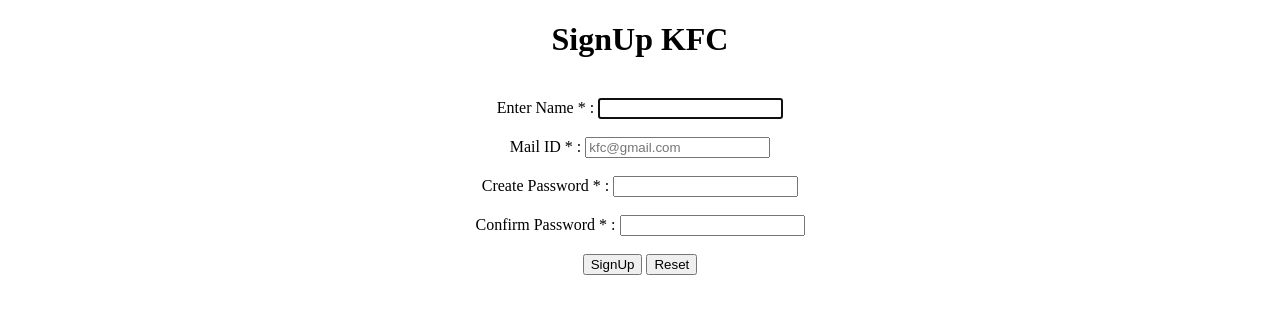
Repository: selvakumar46/Project-Maven
Page: http://localhost/ProjectKFC/Register.jsp
The author's editor kept a copy of each file at every save. The page is drawn from the files as they stood at one save, then again after the next save.
The browser window is 1280 px wide. The pictures show the whole page.
The page is served by Tomcat 9. Other server files are loaded and not shown.

Above is the page before, as saved 2021-12-30 13:27:37.

### ProjectKFC/src/main/webapp/Register.jsp
<%@ page language="java" contentType="text/html; charset=ISO-8859-1"
	pageEncoding="ISO-8859-1"%>
<!DOCTYPE html>
<html>
<head>
<meta charset="ISO-8859-1">
<title>kfc registration</title>
</head>
<body>
	<center>
		<div>
			<h1>SignUp KFC</h1>
		</div>
		<br>
		<form action="Login">
			<div>
				<label for="text" name="name" id="name">Enter Name * :</label> <input
					type="text" name="name" id="name" autofocus required><br>
				<br> <label for="email" name="mailId" id="mailId">Mail ID * :</label> <input
					type="email" name id="mailId" placeholder="kfc@gmail.com" required><br>
				<br> <label for="password" id="password">Create
					Password * :</label> <input type="password" id="password" required><br>
				<br> <label for="password" id="confirmPassword">Confirm
					Password * :</label> <input type="password" id="confirmPassword" required><br>
				<br>
				<button type="submit">SignUp</button>
				<button type="reset">Reset</button>

				<div>
		</form>
	</center>

</body>
</html>

After the next save:
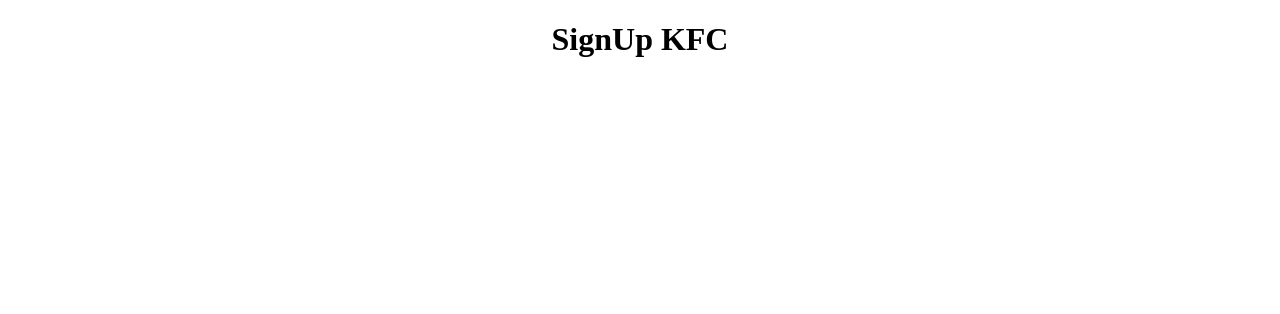
Saved 14 h 9 min later.
--- a/ProjectKFC/src/main/webapp/Register.jsp
+++ b/ProjectKFC/src/main/webapp/Register.jsp
@@ -14,17 +14,7 @@
 		<br>
 		<form action="Login">
 			<div>
-				<label for="text" name="name" id="name">Enter Name * :</label> <input
-					type="text" name="name" id="name" autofocus required><br>
-				<br> <label for="email" name="mailId" id="mailId">Mail ID * :</label> <input
-					type="email" name id="mailId" placeholder="kfc@gmail.com" required><br>
-				<br> <label for="password" id="password">Create
-					Password * :</label> <input type="password" id="password" required><br>
-				<br> <label for="password" id="confirmPassword">Confirm
-					Password * :</label> <input type="password" id="confirmPassword" required><br>
-				<br>
-				<button type="submit">SignUp</button>
-				<button type="reset">Reset</button>
+
 
 				<div>
 		</form>
